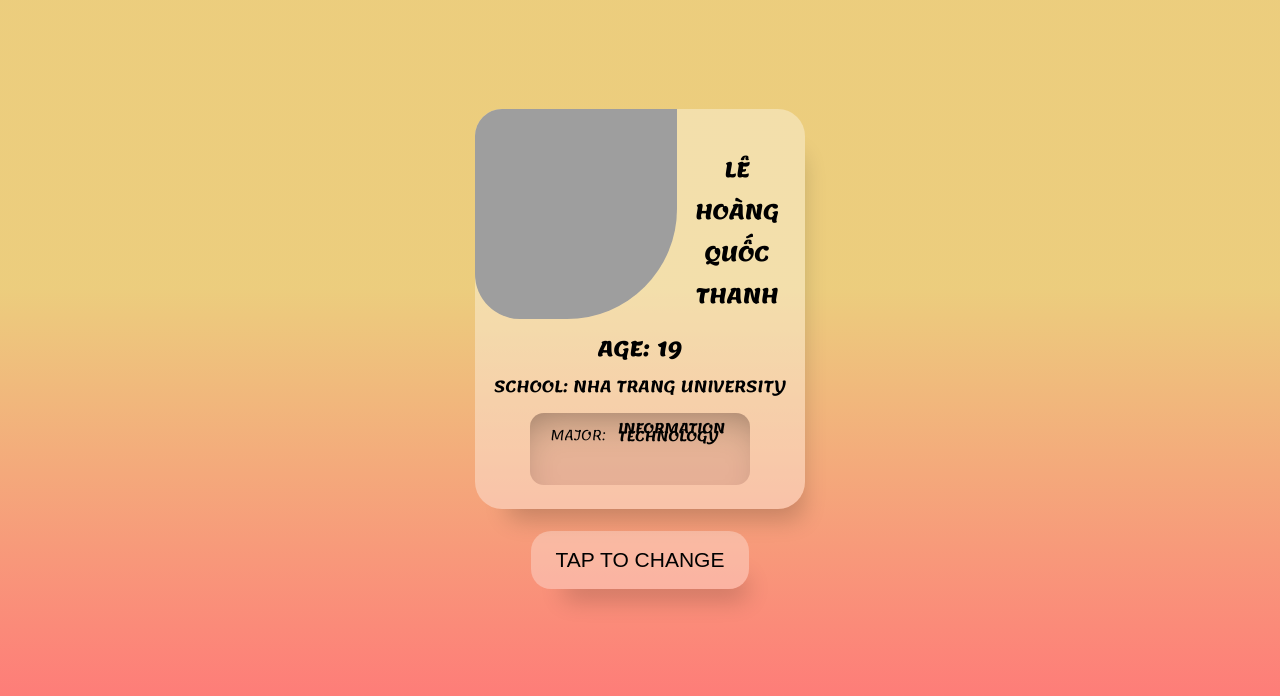
Repository: ThanhThn/profile
Page: index.html
These files come from the project's save history. The page is drawn as it stood at one moment and after a run of saves; the edit follows.
The browser window is 1280 px wide. The pictures show the whole page.
Pictures or frames that could not be fetched are drawn as grey boxes. Some web fonts or font styles are not loaded; a fallback is used.

Above is the page before, as saved 2022-12-05 20:31:25.

After the next 3 saves:
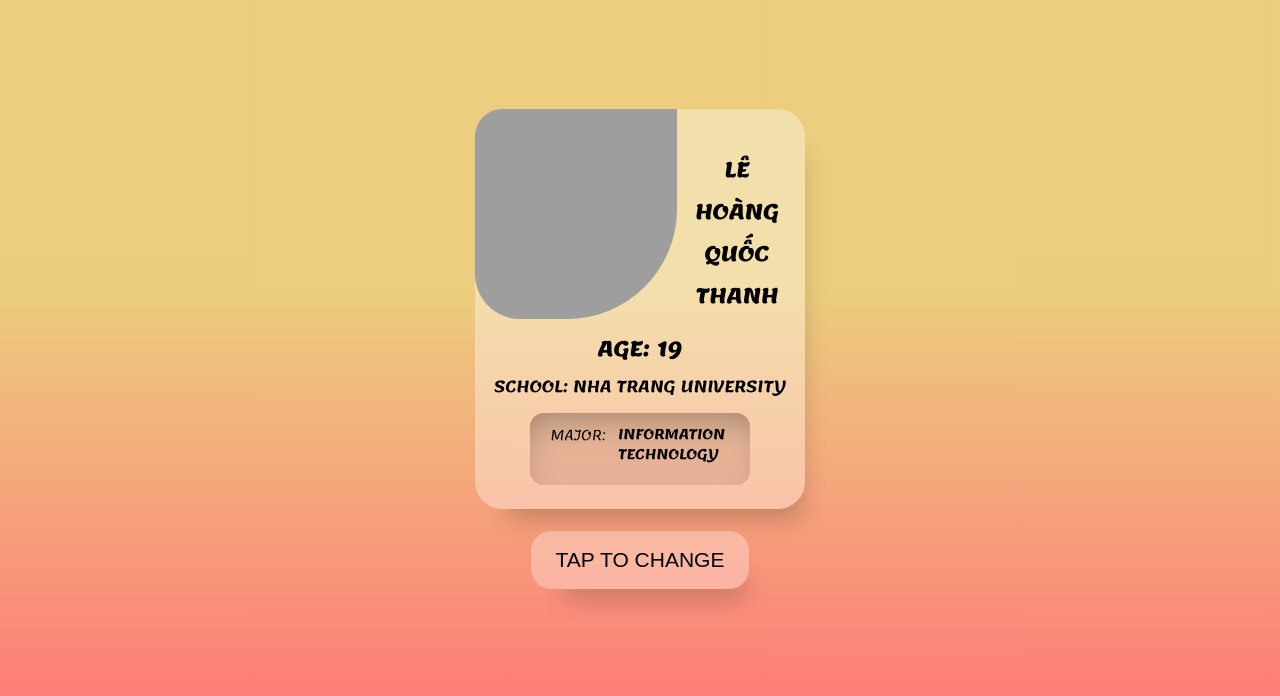
The 3 saves are shown as one change because they came seconds apart.
The last was saved 10 s later.
--- a/style.css
+++ b/style.css
@@ -91,7 +91,7 @@ span{
     left: 40%;
     font-weight: 600;
     font-size: 14px;
-    line-height: 8px;
+    line-height: 20px;
 }
 .btn{
     background: rgba(255, 255, 255, .3);
